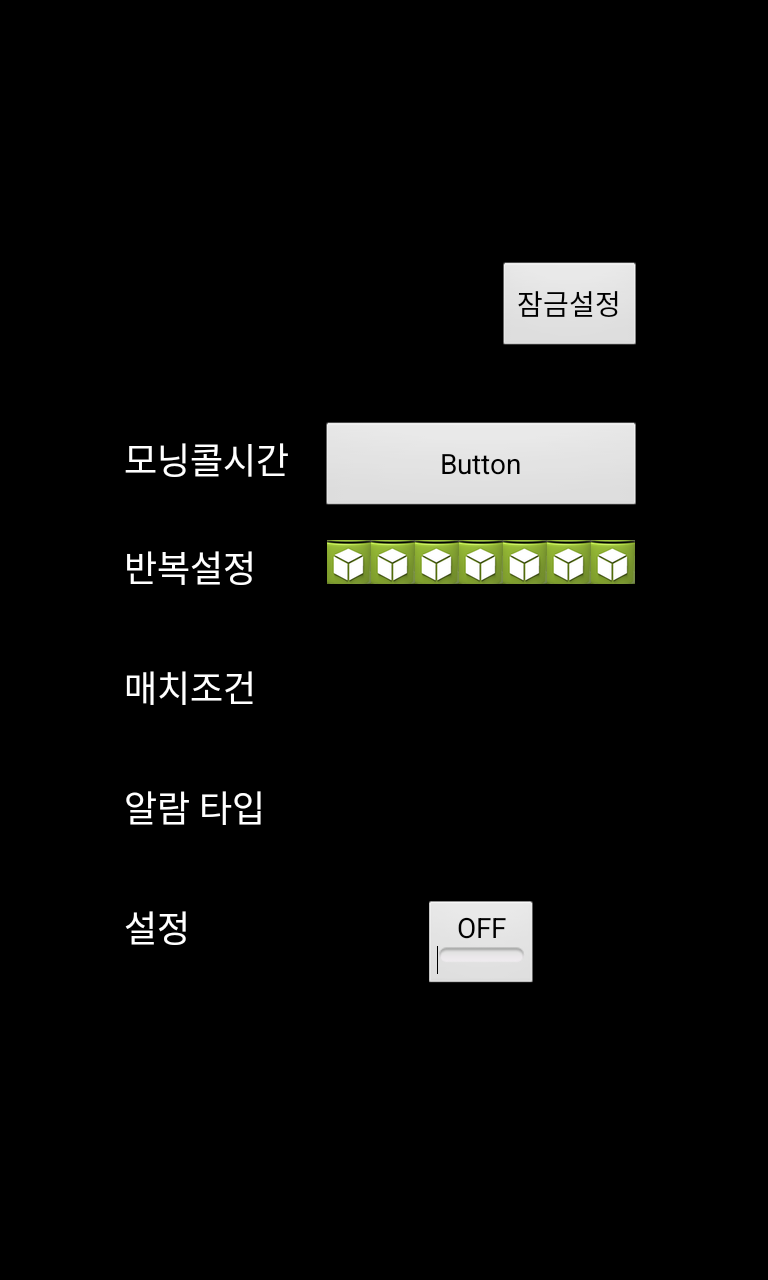
Repository: blacky512/smart_morning_call
Layout: client/SmartMorningCall/res/layout/randomcall_frag.xml
The author's editor kept a copy of each file at every save. The layout is drawn from the files as they stood at one save, then again after the next save.
It is drawn on a 768 x 1280 px phone screen (xhdpi) without system bars, with theme android:Theme.NoTitleBar; the app's code is not run.

Above is the layout before, as saved 2013-02-18 19:18:01.

### client/SmartMorningCall/res/layout/randomcall_frag.xml
<RelativeLayout xmlns:android="http://schemas.android.com/apk/res/android"
    xmlns:tools="http://schemas.android.com/tools"
    android:layout_width="match_parent"
    android:layout_height="match_parent"
    tools:context=".RandomCallActivity" >

    <LinearLayout
        android:layout_width="wrap_content"
        android:layout_height="wrap_content"
        android:layout_centerInParent="true"
        android:layout_marginTop="26dp"
        android:orientation="vertical" >

        <RelativeLayout
            android:id="@+id/RelativeLayout1"
            android:layout_width="260dp"
            android:layout_height="80dp" >

            <Button
                android:id="@+id/button1"
                android:layout_width="wrap_content"
                android:layout_height="wrap_content"
                android:layout_alignParentRight="true"
                android:layout_alignParentTop="true"
                android:text="잠금설정" />

        </RelativeLayout>

        <FrameLayout
            android:id="@+id/rcall_1"
            android:layout_width="260dp"
            android:layout_height="300dp" >

            <LinearLayout
                android:layout_width="match_parent"
                android:layout_height="match_parent"
                android:orientation="vertical" >

                <LinearLayout
                    android:layout_width="match_parent"
                    android:layout_height="0dp"
                    android:layout_weight="1" >

                    <TextView
                        android:id="@+id/textView1"
                        android:layout_width="0dp"
                        android:layout_height="wrap_content"
                        android:layout_weight="0.6"
                        android:text="모닝콜시간"
                        android:textAppearance="?android:attr/textAppearanceMedium" />

                    <RelativeLayout
                        android:layout_width="0dp"
                        android:layout_height="wrap_content"
                        android:layout_weight="1" >

                        <Button
                            android:id="@+id/btn_settime"
                            android:layout_width="match_parent"
                            android:layout_height="wrap_content"
                            android:layout_centerHorizontal="true"
                            android:layout_weight="1"
                            android:text="Button" />
                    </RelativeLayout>
                </LinearLayout>

                <LinearLayout
                    android:layout_width="match_parent"
                    android:layout_height="0dp"
                    android:layout_weight="1" >

                    <TextView
                        android:id="@+id/textView2"
                        android:layout_width="0dp"
                        android:layout_height="wrap_content"
                        android:layout_weight="0.6"
                        android:text="반복설정"
                        android:textAppearance="?android:attr/textAppearanceMedium" />

                    <RelativeLayout
                        android:id="@+id/RelativeLayout1"
                        android:layout_width="0dp"
                        android:layout_height="match_parent"
                        android:layout_weight="1" >

                        <LinearLayout
                            android:layout_width="wrap_content"
                            android:layout_height="wrap_content"
                            android:layout_centerHorizontal="true" >

                            <ImageButton
                                android:id="@+id/ImageButton08"
                                android:layout_width="22dp"
                                android:layout_height="22dp"
                                android:src="@drawable/ic_launcher" />

                            <ImageButton
                                android:id="@+id/ImageButton07"
                                android:layout_width="22dp"
                                android:layout_height="22dp"
                                android:src="@drawable/ic_launcher" />

                            <ImageButton
                                android:id="@+id/ImageButton06"
                                android:layout_width="22dp"
                                android:layout_height="22dp"
                                android:src="@drawable/ic_launcher" />

                            <ImageButton
                                android:id="@+id/ImageButton05"
                                android:layout_width="22dp"
                                android:layout_height="22dp"
                                android:src="@drawable/ic_launcher" />

                            <ImageButton
                                android:id="@+id/ImageButton04"
                                android:layout_width="22dp"
                                android:layout_height="22dp"
                                android:src="@drawable/ic_launcher" />

                            <ImageButton
                                android:id="@+id/ImageButton03"
                                android:layout_width="22dp"
                                android:layout_height="22dp"
                                android:src="@drawable/ic_launcher" />

                            <ImageButton
                                android:id="@+id/ImageButton02"
                                android:layout_width="22dp"
                                android:layout_height="22dp"
                                android:src="@drawable/ic_launcher" />
                        </LinearLayout>
                    </RelativeLayout>
                </LinearLayout>

                <LinearLayout
                    android:layout_width="match_parent"
                    android:layout_height="0dp"
                    android:layout_weight="1" >

                    <TextView
                        android:id="@+id/textView3"
                        android:layout_width="0dp"
                        android:layout_height="wrap_content"
                        android:layout_weight="0.6"
                        android:text="매치조건"
                        android:textAppearance="?android:attr/textAppearanceMedium" />

                    <RelativeLayout
                        android:layout_width="0dp"
                        android:layout_height="match_parent"
                        android:layout_weight="1" >

                        <LinearLayout
                            android:layout_width="match_parent"
                            android:layout_height="match_parent"
                            android:layout_centerHorizontal="true"
                            android:layout_centerVertical="true" >
                        </LinearLayout>
                    </RelativeLayout>
                </LinearLayout>

                <LinearLayout
                    android:layout_width="match_parent"
                    android:layout_height="0dp"
                    android:layout_weight="1" >

                    <TextView
                        android:id="@+id/textView4"
                        android:layout_width="0dp"
                        android:layout_height="wrap_content"
                        android:layout_weight="0.6"
                        android:text="알람 타입"
                        android:textAppearance="?android:attr/textAppearanceMedium" />

                    <RelativeLayout
                        android:layout_width="0dp"
                        android:layout_height="match_parent"
                        android:layout_weight="1" >

                        <LinearLayout
                            android:layout_width="match_parent"
                            android:layout_height="match_parent"
                            android:layout_centerHorizontal="true"
                            android:layout_centerVertical="true" >
                        </LinearLayout>
                    </RelativeLayout>
                </LinearLayout>

                <LinearLayout
                    android:layout_width="match_parent"
                    android:layout_height="0dp"
                    android:layout_weight="1" >

                    <TextView
                        android:id="@+id/textView5"
                        android:layout_width="0dp"
                        android:layout_height="wrap_content"
                        android:layout_weight="0.6"
                        android:text="설정"
                        android:textAppearance="?android:attr/textAppearanceMedium" />

                    <RelativeLayout
                        android:layout_width="0dp"
                        android:layout_height="match_parent"
                        android:layout_weight="1" >

                        <RelativeLayout
                            android:id="@+id/RelativeLayout1"
                            android:layout_width="match_parent"
                            android:layout_height="match_parent"
                            android:layout_centerInParent="true" >

                            <ToggleButton
                                android:id="@+id/onoff"
                                android:layout_width="wrap_content"
                                android:layout_height="wrap_content"
                                android:layout_alignParentTop="true"
                                android:layout_centerHorizontal="true"
                                android:text="ToggleButton" />
                        </RelativeLayout>
                    </RelativeLayout>
                </LinearLayout>
            </LinearLayout>
        </FrameLayout>
    </LinearLayout>

</RelativeLayout>

After the next save:
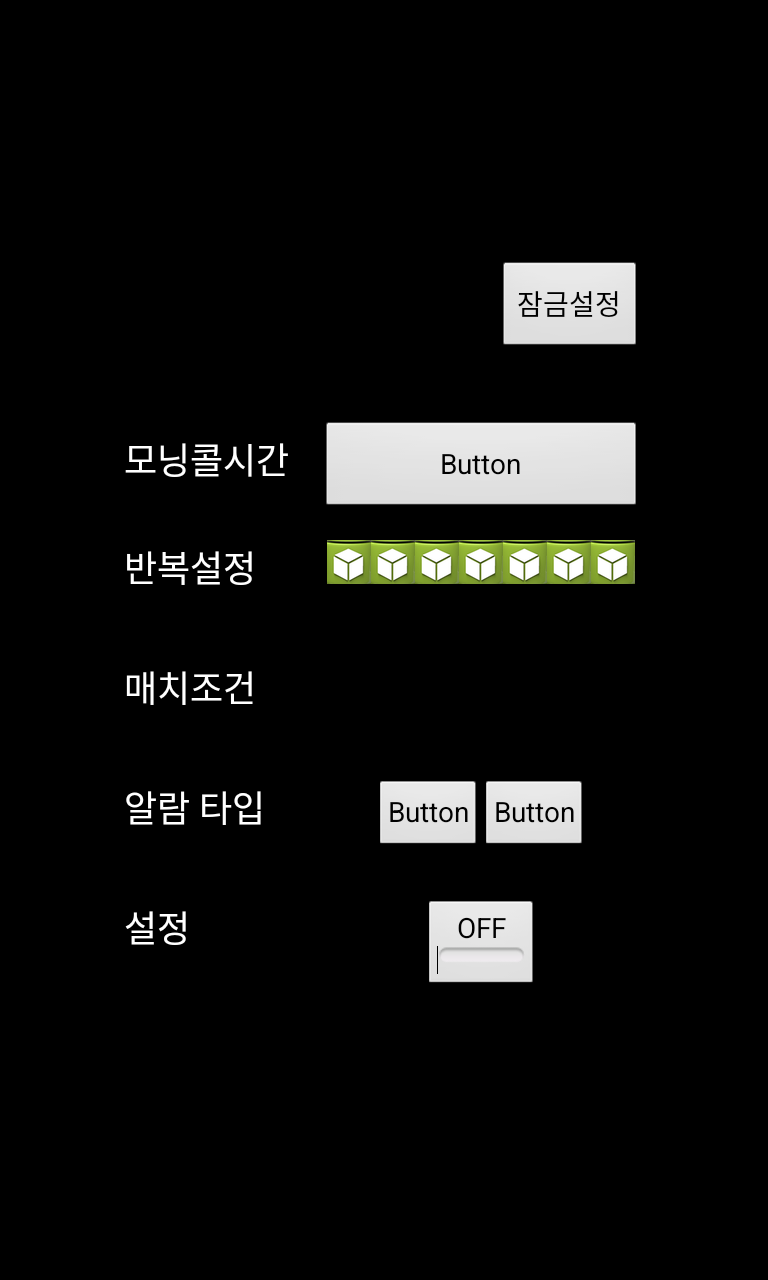
Saved 117 s later.
--- a/client/SmartMorningCall/res/layout/randomcall_frag.xml
+++ b/client/SmartMorningCall/res/layout/randomcall_frag.xml
@@ -176,14 +176,31 @@
                     <RelativeLayout
                         android:layout_width="0dp"
                         android:layout_height="match_parent"
-                        android:layout_weight="1" >
+                        android:layout_weight="1"
+                        android:gravity="center_horizontal" >
 
                         <LinearLayout
-                            android:layout_width="match_parent"
+                            android:layout_width="wrap_content"
                             android:layout_height="match_parent"
-                            android:layout_centerHorizontal="true"
-                            android:layout_centerVertical="true" >
+                            android:layout_centerInParent="true" >
+
+                            <Button
+                                android:id="@+id/button2"
+                                style="?android:attr/buttonStyleSmall"
+                                android:layout_width="wrap_content"
+                                android:layout_height="wrap_content"
+                                android:layout_gravity="center_horizontal"
+                                android:text="Button" />
+
+                            <Button
+                                android:id="@+id/button3"
+                                style="?android:attr/buttonStyleSmall"
+                                android:layout_width="wrap_content"
+                                android:layout_height="wrap_content"
+                                android:layout_gravity="center_horizontal"
+                                android:text="Button" />
                         </LinearLayout>
+
                     </RelativeLayout>
                 </LinearLayout>
 
